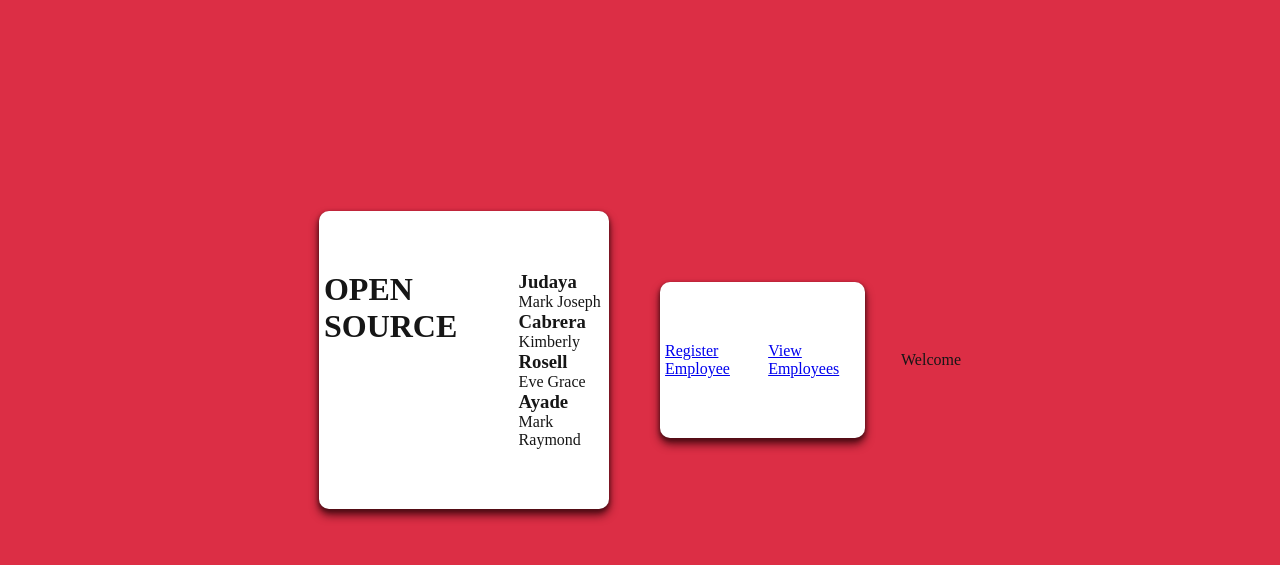
Repository: azkalonz/Int-Prog-2
Page: http://localhost/Int_Prog_2/?page=home
An editor plug-in stored every save of this project. The page is shown before and after the next save, followed by the edit.
The browser window is 1280 px wide. The pictures show the whole page.
The page is served by Tomcat 9. Other server files are loaded and not shown.

Above is the page before, as saved 2021-03-30 04:55:21.

### Int Prog 2/WebContent/index.jsp
<jsp:include page="/WEB-INF/layout/header.jsp"/>
Welcome
<jsp:include page="/WEB-INF/layout/footer.jsp"/>

### Int Prog 2/WebContent/WEB-INF/layout/header.jsp
<%@ page language="java" contentType="text/html; charset=ISO-8859-1"
	pageEncoding="ISO-8859-1"%>
<!DOCTYPE html>
<html>
<head>
<meta charset="ISO-8859-1">
<title>Employee</title>
<link rel="stylesheet" href="<%=request.getContextPath()%>/css/style.css"/>
</head>
<body>
<header>
        <div class="container">
            <h1>OPEN SOURCE</h1>
            <div class="namesCon">
                <div class="names">
                    <h3>Judaya</h3>
                    <span>Mark Joseph</span>
                </div>
                <div class="names">
                    <h3>Cabrera</h3>
                    <span>Kimberly</span>
                </div>
                <div class="names">
                    <h3>Rosell</h3>
                    <span>Eve Grace</span>
                </div>
                <div class="names">
                    <h3>Ayade</h3>
                    <span>Mark Raymond</span>
                </div>
            </div>
        </div>
    </header>
    <div class="navCon">
        <div class="container">
            <a class="button" href="<%=request.getContextPath()%>/register">Register Employee</a>
            <a class="button" href="<%=request.getContextPath()%>/employee">View Employees</a>
        </div>
    </div>

    <div class="thecontent">

### Int Prog 2/WebContent/css/style.css
* {
  margin: 0;
  padding: 0;
  box-sizing: border-box;
}

body {
  background: rgb(220, 46, 69);
  display: flex;
  align-items: center;
  justify-content: center;
  height: 100vh;
  font-family: "Montserrat";
  color: rgb(22, 22, 22);
}

.container {
  position: relative;
  background: white;
  width: 85%;
  max-width: 1024px;
  border-radius: 10px;
  display: flex;
  box-shadow: 0 2px 4px 0 rgb(80, 12, 21), 0 6px 10px 0 rgb(80, 12, 21);
  padding: 60px 5px;
}

.container .logo-container {
  display: flex;
  justify-content: center;
  align-items: center;
  flex-direction: column;
  flex: 3;
}

.logo-container img {
  width: 200px;
  padding-bottom: 35px;
}

.logo-container span {
  color: rgb(220, 46, 69);
  font-weight: bold;
  font-size: 40px;
}

.container .form-container {
  display: flex;
  justify-content: center;
  align-items: center;
  height: 100%;
  flex: 2;
}

.form-container h1 {
  margin-bottom: 20px;
}

.form-container .input-con {
  margin-bottom: 20px;
}

.form-container .input-con input {
  height: 45px;
  width: 300px;
  font-family: "Montserrat";
  padding: 5px 10px;
  border-radius: 5px;
  border: 1px solid rgb(233, 129, 143);
}

.form-container button {
  width: 150px;
  height: 50px;
  background: rgb(220, 46, 69);
  border: none;
  color: white;
  font-size: 16px;
  cursor: pointer;
  border-radius: 4px;
  box-shadow: 0 1px 2px 0 rgba(122, 7, 22, 0.783),
    0 1px 2px 0 rgba(122, 7, 22, 0.783);
  margin-top: 10px;
  font-weight: bold;
  font-family: "Montserrat";
}

.form-container button:hover {
  background: rgb(187, 32, 53);
}

Loaded but not shown: Int Prog 2/WebContent/WEB-INF/layout/footer.jsp (common file)

After the next save:
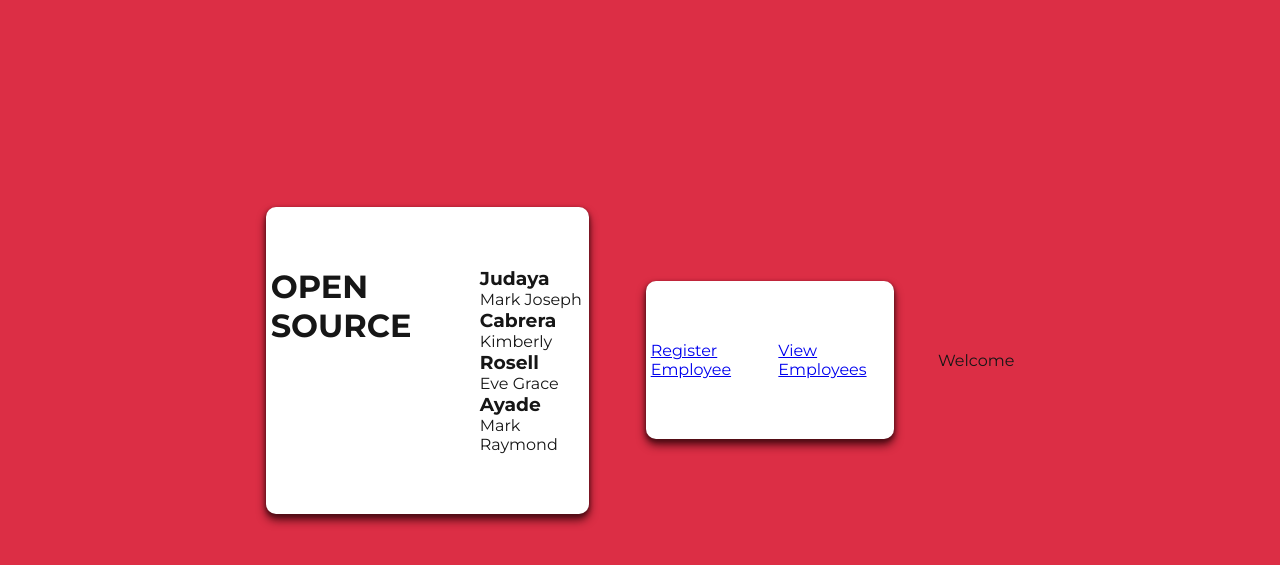
Saved 60 s later.
--- a/Int Prog 2/WebContent/css/style.css
+++ b/Int Prog 2/WebContent/css/style.css
@@ -1,3 +1,5 @@
+@import url("https://fonts.googleapis.com/css2?family=Montserrat:ital,wght@0,100;0,200;0,300;0,400;0,500;0,600;0,700;1,100;1,200;1,300;1,400;1,500;1,600&display=swap");
+
 * {
   margin: 0;
   padding: 0;
